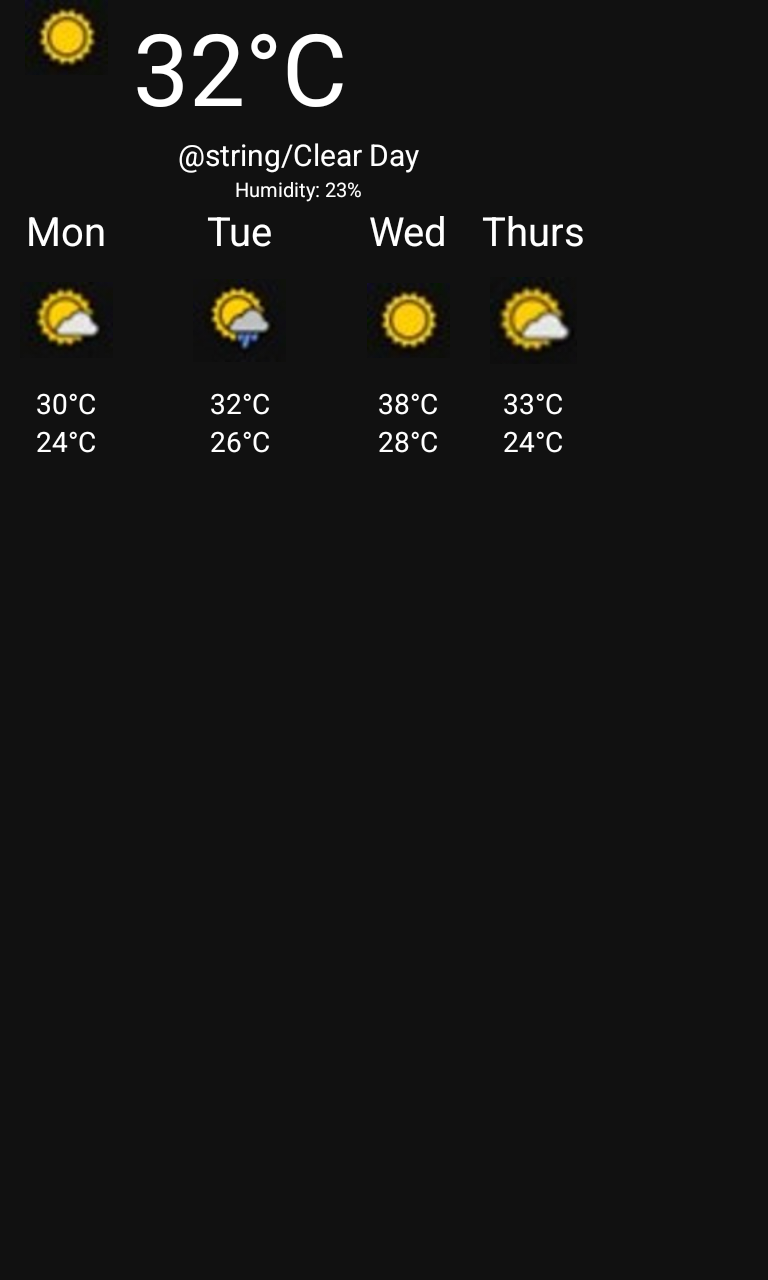
Repository: 12030121030/eventhandling
Layout: Demo/res/layout/weatherapp.xml
These files come from the project's save history. The layout is drawn as it stood at one moment and after the next save; the edit follows.
It is drawn on a 768 x 1280 px phone screen (xhdpi) without system bars, with theme AppTheme; the app's code is not run.

Above is the layout before, as saved 2014-12-08 04:09:15.

After the next save:
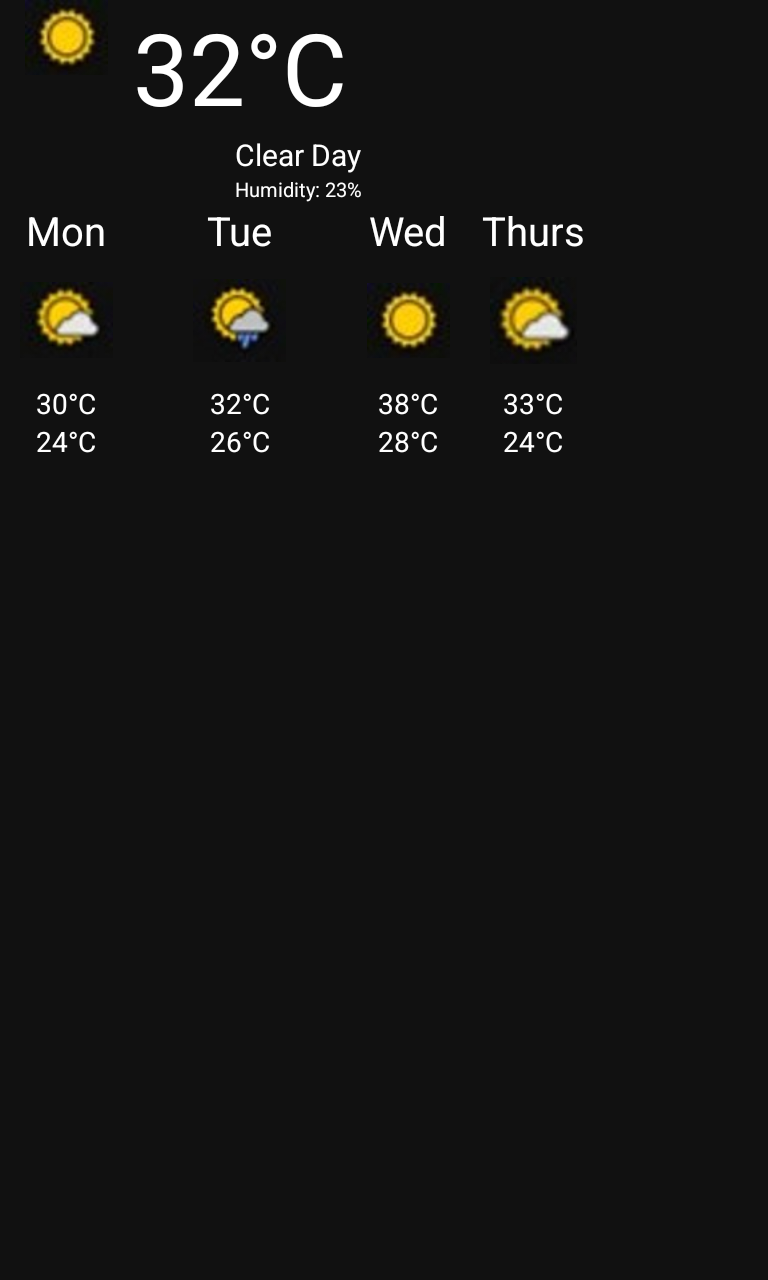
Saved 4 s later.
--- a/Demo/res/layout/weatherapp.xml
+++ b/Demo/res/layout/weatherapp.xml
@@ -30,7 +30,7 @@
         android:id="@+id/textView1"
         android:layout_width="wrap_content"
         android:layout_height="wrap_content"
-        android:text="@string/Clear Day"
+        android:text="@string/ClearDay"
         android:textSize="15sp"
         android:textColor="#ffffff"
         android:layout_span="4"
